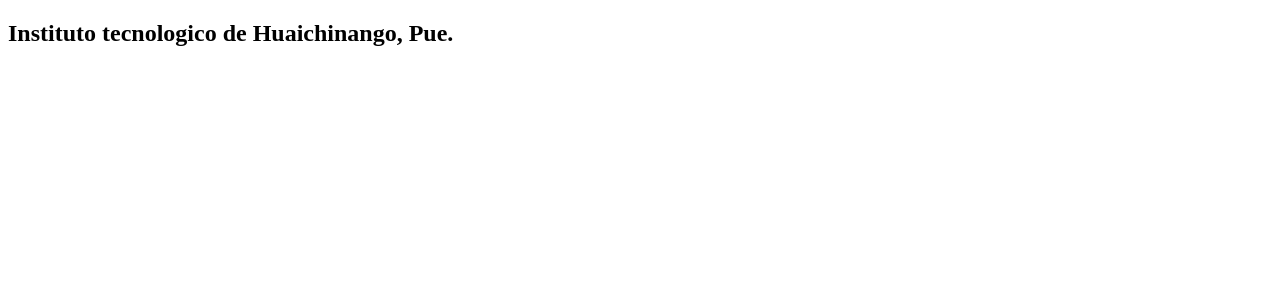
Repository: blessed-skate/InventoryControlSystem
Page: InventoryControlSystemPortal/WebContent/html/header.html
An editor plug-in stored every save of this project. The page is shown before and after the next save, followed by the edit.
The browser window is 1280 px wide. The pictures show the whole page.

Above is the page before, as saved 2015-05-25 23:34:26.

### InventoryControlSystemPortal/WebContent/html/header.html
<!DOCTYPE html>
<html>
<head>
<meta charset="UTF-8">
<title>Test</title>

</head>
<body>
	<h2>Instituto tecnologico de Huaichinango, Pue.</h2>
</body>
</html>

After the next save:
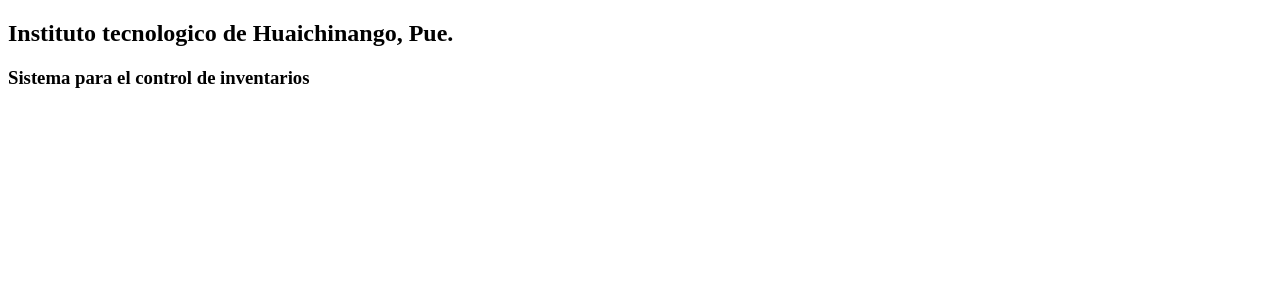
Saved 40 s later.
--- a/InventoryControlSystemPortal/WebContent/html/header.html
+++ b/InventoryControlSystemPortal/WebContent/html/header.html
@@ -7,5 +7,6 @@
 </head>
 <body>
 	<h2>Instituto tecnologico de Huaichinango, Pue.</h2>
+	<h3>Sistema para el control de inventarios</h3>
 </body>
 </html>
